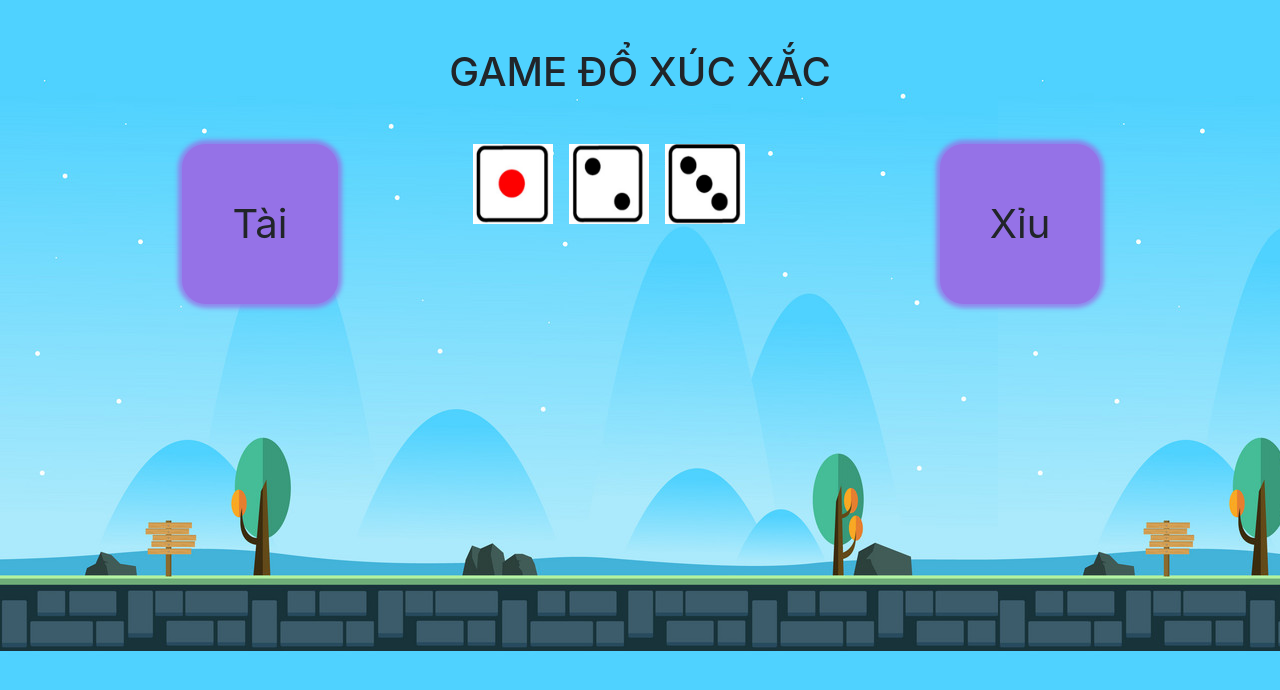
Repository: dovanthao2404/game-xuc-sac
Page: /
The author's editor kept a copy of each file at every save. The page is drawn from the files as they stood at one save, then again after the next save.
The browser window is 1280 px wide. The pictures show the whole page.
The project was rebuilt for these pictures with package versions that can differ from the ones it lists, and the page was loaded fresh each time.

Above is the page before, as saved 2021-09-11 13:10:03.

After the next save:
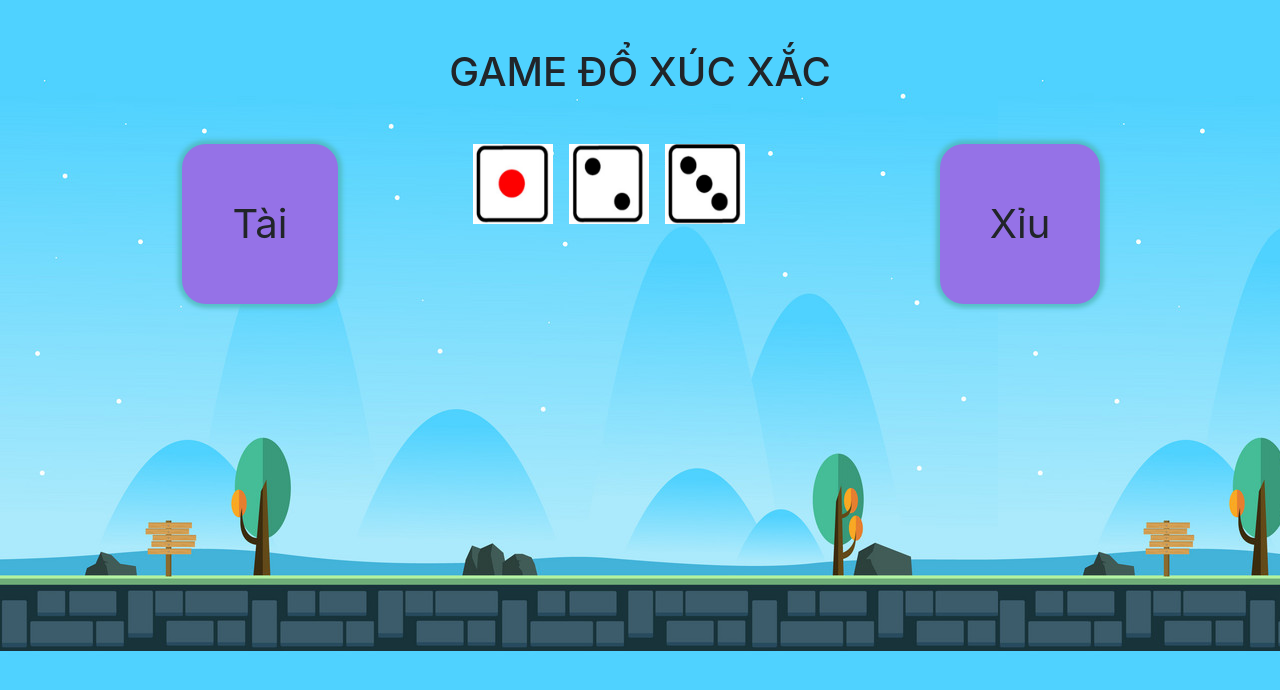
Saved 14 s later.
--- a/public/css/style.css
+++ b/public/css/style.css
@@ -16,7 +16,7 @@
   font-size: 40px;
   background: rgb(149, 114, 231);
   cursor: pointer;
-  box-shadow: 0 0 4px 4px rgba(149, 114, 231, 0.8);
+  box-shadow: 0 0 4px 4px rgba(78, 182, 185, 0.8);
 }
 
 img {
